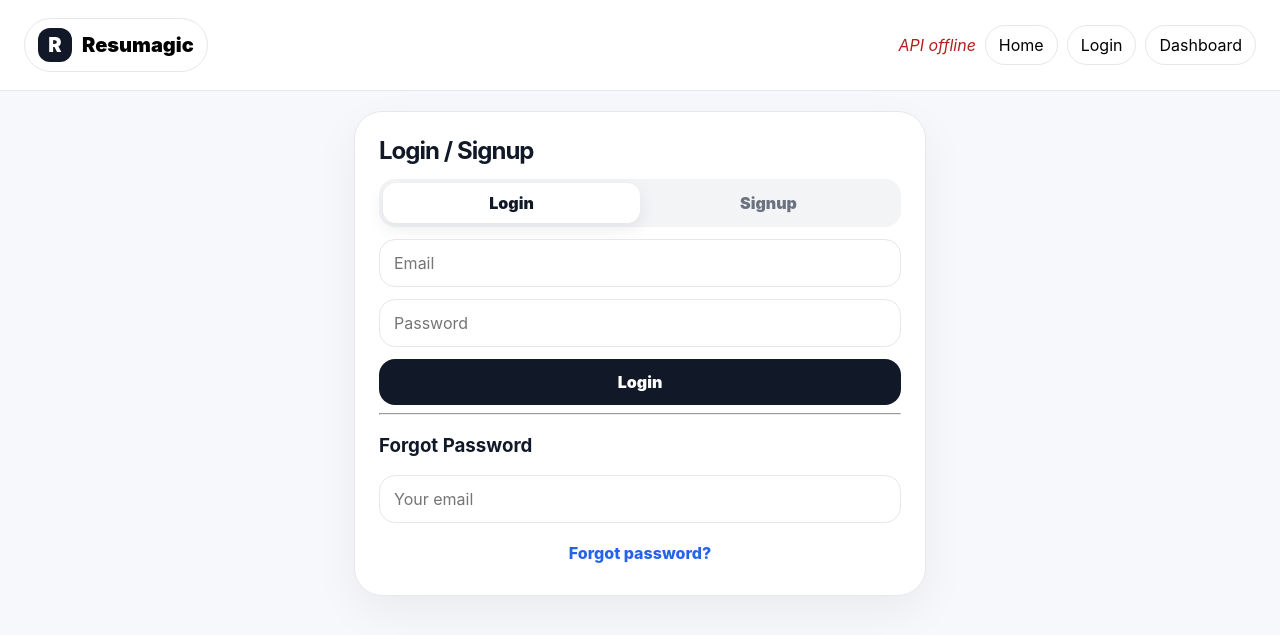
Repository: hkpark97/resume_builder
Page: / (app in frontend/), after clicking the first element matching `div > :nth-child(3)`
An editor plug-in stored every save of this project. The page is shown before and after the next save, followed by the edit.
The browser window is 1280 px wide. The pictures show the whole page.
The page's requests for data from a server got no answer. The project was rebuilt for these pictures with package versions that can differ from the ones it lists, and the page was loaded fresh each time. No one was signed in, and anything a server would have sent is missing.

Above is the page before, as saved 2026-05-05 15:23:54.

After the next save:
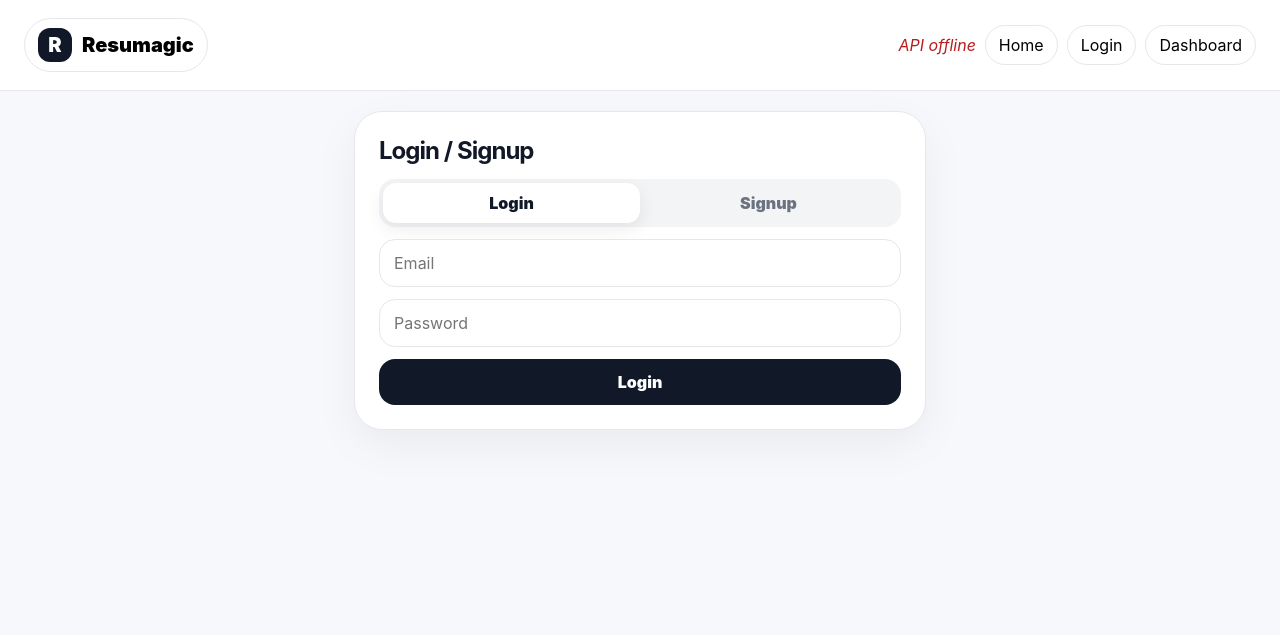
Saved 6 min 34 s later.
--- a/frontend/src/main.jsx
+++ b/frontend/src/main.jsx
@@ -567,27 +567,6 @@ function App() {
                     {authMode === "signup" ? "Create account" : "Login"}
                   </button>
                 </form>
-
-                <hr />
-
-                <h3>Forgot Password</h3>
-
-                <form onSubmit={requestPasswordReset} className="form">
-                  <input
-                    type="email"
-                    placeholder="Your email"
-                    value={resetEmail}
-                    onChange={(e) => setResetEmail(e.target.value)}
-                  />
-
-                  <button
-                    type="button"
-                    className="linkButton"
-                    onClick={() => setPage("forgot-password")}
-                  >
-                    Forgot password?
-                  </button>
-                </form>
               </>
             )}
           </section>
